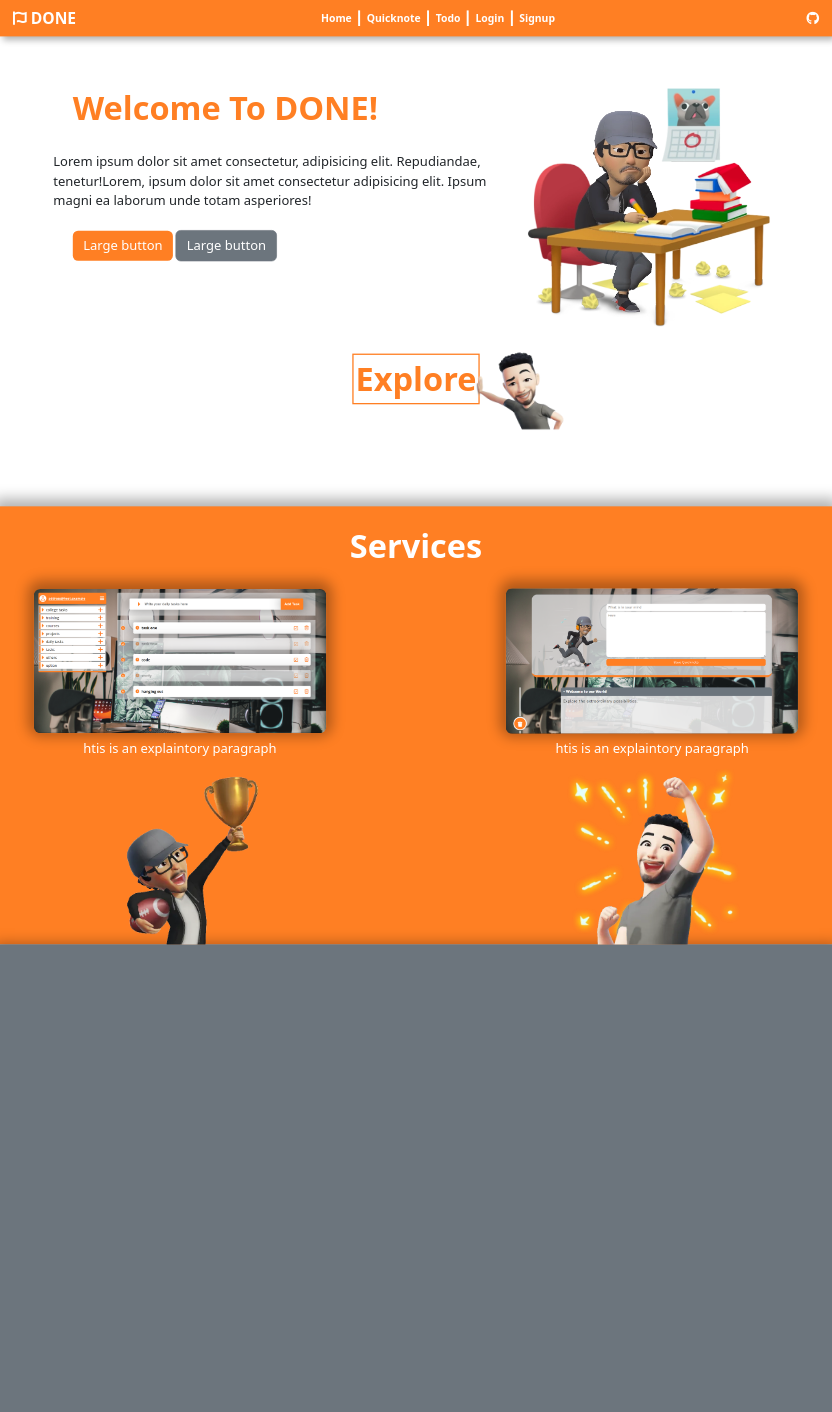
Repository: OmarEssameldinMousa/DONE
Page: index.html
An editor plug-in stored every save of this project. The page is shown before and after the next save, followed by the edit.
The browser window is 1280 px wide. The pictures show the whole page, at 65% of full size.
Some web fonts or font styles are not loaded; a fallback is used.

Above is the page before, as saved 2023-12-18 04:37:33.

### index.html
<!DOCTYPE html>
<html lang="en">

<head>
    <meta charset="UTF-8">
    <meta name="viewport" content="width=device-width, initial-scale=1.0">
    <title>Home</title>
    <!-- Main Template CSS File -->
    <link rel="stylesheet" href="CSS/styles.css">
    <!-- Render and Normalize the ELements -->
    <link rel="stylesheet" href="CSS/normalize.css">
    <!-- Font Awsome Library -->
    <link rel="stylesheet" href="CSS/all.min.css">
    <!-- google fonts -->
    <link rel="preconnect" href="https://fonts.googleapis.com">
    <link rel="preconnect" href="https://fonts.gstatic.com" crossorigin>
    <link
        href="https://fonts.googleapis.com/css2?family=Kablammo&family=Work+Sans:wght@200;300;400;500;600;800&display=swap"
        rel="stylesheet">
    <!-- including bootstrap library -->
    <link href="https://cdn.jsdelivr.net/npm/bootstrap@5.3.2/dist/css/bootstrap.min.css" rel="stylesheet"
        integrity="sha384-T3c6CoIi6uLrA9TneNEoa7RxnatzjcDSCmG1MXxSR1GAsXEV/Dwwykc2MPK8M2HN" crossorigin="anonymous">

</head>

<body>
    <header>
        <nav>
            <!-- Logo with Font Awesome Icon -->
            <div class="logo">
                <i class="fab fa-font-awesome-flag"></i> DONE
            </div>

            <!-- Left-side Navigation Links -->
            <ul class="navlist">
                <li><a href="index.html">Home</a></li>
                <li><a href="quicknote.html">Quicknote</a></li>
                <li><a href="mytasks.html">Todo</a></li>
                <li><a href="#">Login</a></li>
                <li><a href="#">Signup</a></li>
            </ul>

            <!-- Right-side GitHub Icon -->
            <div class="github-icon">
                <a rel="" href="https://github.com/yourusername" target="_blank">
                    <i class="fab fa-github" style="color: white;"></i>
                </a>
            </div>
        </nav>

        <div class="container heading">
            <div class="landing">

                <div class="landingtext">
                    <h1>Welcome To DONE!</h1>
                    <p>Lorem ipsum dolor sit amet consectetur, adipisicing elit. Repudiandae, tenetur!Lorem, ipsum dolor
                        sit amet consectetur adipisicing elit. Ipsum magni ea laborum unde
                        totam
                        asperiores!</p>
                    <div class="buttons">
                        <button type="button" class="btn btn-primary btn-lg"
                            style="background-color: #ff7f23;border: none;">Large
                            button</button>
                        <button type="button" class="btn btn-secondary btn-lg">Large button</button>
                    </div>
                </div>

                <div class="logoimage">
                    <img src="images/omar.png" alt="">
                </div>
            </div>
        </div>
    </header>
    <div class="explore">
        <a href="#tododemo1">Explore</a>
        <div class="exploreimg"><img src="images/kemo1.jpg" alt=""></div>
    </div>

    <div class="tododemo" id="tododemo1">
        <h1>Services</h1>
        <div class="container2">
            <div class="omar">
                <div class="demoimage1">
                    <img src="images/tododemo.png" alt="">
                </div>
                <p>htis is an explaintory paragraph</p>
                <img src="images/omarholdscub.jpg" alt="">
            </div>
            <div class="kemo">
                <div class="demoimage1">
                    <img src="images/quicknot.png" alt="">
                </div>
                <p>htis is an explaintory paragraph</p>
                <img src="images/kemochilling.jpg" alt="">
            </div>
        </div>
    </div>


    <div class="snippests" id="tododemo1">

    </div>
    <footer>

    </footer>


    <script src="https://cdn.jsdelivr.net/npm/bootstrap@5.3.2/dist/js/bootstrap.bundle.min.js"
        integrity="sha384-C6RzsynM9kWDrMNeT87bh95OGNyZPhcTNXj1NW7RuBCsyN/o0jlpcV8Qyq46cDfL"
        crossorigin="anonymous"></script>
</body>

</html>

### CSS/styles.css
/* Start Variables */
:root{
    --main-color: rgba(235, 235, 235, 0.6);
    --secondery-color: #ff7f23;
    --third-color:#333;
    --fourth-color: #6c757d;
}
/* End Variables */
/* Special Heading */
.special-heading{
    color: #ebeced;
    font-size: 100px;
    text-align: center;
    font-weight: 800;
    letter-spacing: -3px;
    margin: 0;

}
.special-heading + p{
    margin-top: -30px;
    text-align: center;
    font-size: 20px;
    color: #797979;
}
/* End Special Heading */
/* Start Global Rules */
*{
    -webkit-box-sizing: border-box;
    -moz-box-sizing: border-box;
    box-sizing: border-box;
}

body{

    font-family: 'Kablammo', cursive;
    font-family: 'Work Sans', sans-serif;
    background-color: #797979;

}

.container{
    padding-left: 15px;
    padding-right: 15px;
    margin-left: auto;
    margin-right: auto;
    background-color: #fff;
    margin: auto;
    width: 600px;
}

/*very small screens*/
@media (max-width: 767px){
    .container{
        .special-heading{
            font-size: 60px;
        }
        .special-heading + p{
            margin-top: -20px;
        }

        .landing{
            flex-direction: column;
            text-align: center;
        }
    }
    .navlist{
        display: none;
    }


}
/*small screens*/
@media (min-width: 768px){
    .container{
        width: 750px;
    }
}
/*Medium screens*/
@media (min-width: 992px){
    .container{
        width: 970px;
    }
}
/*Large screens*/
@media (min-width: 1200px){
    .container{
        width: 1170px;
    }
}
/* End Global Rules */


html{
    scroll-behavior: smooth;
}
/* navigation bar */

nav {
    background-color:  var(--secondery-color);
    color: white;
    display: flex;
    align-items: center;
    justify-content: space-between;
    padding: 10px 20px;
    box-shadow: 5px 5px 10px rgba(0, 0, 0, 0.3);
}
nav ul {
    list-style: none;
    margin: 0;
    padding: 0;
    display: flex;
}
nav ul li {
    margin-right: 10px;
    font-weight: bold;

}
nav ul li:not(:last-child) {
    border-right: solid 3px white;
    padding-right: 10px;
}
nav ul li a {
    text-decoration: none;
    color: white;
    transition: 0.3s;
}
nav ul li a:hover {
    color: var(--main-color); /* Change color on hover */
}
.logo {
    font-size: 24px;
    font-weight: bold;
}
.github-icon {
    font-size: 20px;
    color: white;
}

.heading{
    display: flex;
    align-items: center;
    justify-content: center;
    margin-top: 50px;
    height: auto;
}

.landing{
    width: 100%;

    background-color: none;
    display: flex;
    flex-direction: row;

}

.landing h1{
    color: var(--secondery-color);
    font-size: 50px;
    font-weight: 900;
    padding: 30px;
}
.landing p{
    font-size: 20px;
}
.landing .logoimage img{
    width: 400px;
    position: relative;
    animation: topdown 2s ease-in-out infinite;
}

.landing .landingtext .buttons{
    margin: 30px;
    top: 150px;
}
@keyframes topdown {
    0%, 100% {
        top: 0; /* Starting and ending position (top) */
    }
    50% {
        top: 5px; /* Middle position (top) */
    }
}


.explore{
    height: auto;
    text-align: center;
    display: block;
    padding: 10px;
    transition: 0.3s;
    width: min-content;
    margin: 30px auto ;
    overflow: visible;
}
.explore a{
    color: var(--secondery-color);
    font-weight: 900;
    font-size: 50px;
    transform: 0.3s;
    text-decoration: none;
    transition: 0.3s;
    border: #ff7f23 solid 2px;
    padding: 3px;
}
.exploreimg{
    float: right;
}
.explore img{
    position: relative;
    width: 158px;
    right: -145px;
    bottom: 117px;

}
.landing .logoimage{
    position: relative;
}

.explore a:hover {
    background-color: var(--secondery-color);
    border-radius: 20px;
    color: #ebeced;
    cursor: pointer;
}



/* to do demo */
.tododemo{
    height: auto;
    background-color: var(--secondery-color);
    box-shadow: rgba(0, 0, 0, 0.3) 0px -4px 20px 9px;
    display: flex;
    flex-direction: column;
    width: 100%;
    justify-content: center;
    align-items: center;
}

.snippests{
    height: 100vh;
    background-color: var(--fourth-color);
    box-shadow: rgba(0, 0, 0, 0.3) 0px 7px 20px 9px
}

/* Services */

/* Styles for the container2 */
.container2 {
    display: flex;
    justify-content: space-between;
    width: 80%; /* Adjust the width as needed */
    margin-top: 20px; /* Add margin or adjust as required */
    flex: 1;
    flex-flow: wrap;
    margin:20 auto 0;
}

.tododemo h1{
    color: white;
    font-size: 50px;
    font-weight: 900;
    padding: 30px;
}
.tododemo p{
    font-size: 20px;
    color: white;
}

/* Styles for .omar and .kemo */
.omar,
.kemo {
    display: flex;
    flex-direction: column;
    align-items: center;
    /* Add any other styles you require */
}


.demoimage1 {
    display: flex;
    justify-content: center;
    align-items: center;
    width: 150px;
    height: 150px;
    margin-bottom: 10px;
    width: 200px;
    height: 200px;
    background-color: var(--fourth-color);
    /* transform: rotate(90deg); */
    border-radius: 40%;
}


/* Styles for images within .omar and .kemo */
.omar > img,
.kemo > img {
    width: 270px;
    height: auto;
}

.demoimage1 img {
    max-width: 450px;
    max-height: 450px;
    margin-bottom: 20px;
    border-radius: 10px;
    box-shadow: rgba(0, 0, 0, 0.3) 0px -4px 20px 9px;
    /* Add any other styles you require */
}

Loaded but not shown: CSS/normalize.css (library); CSS/all.min.css (library)

After the next save:
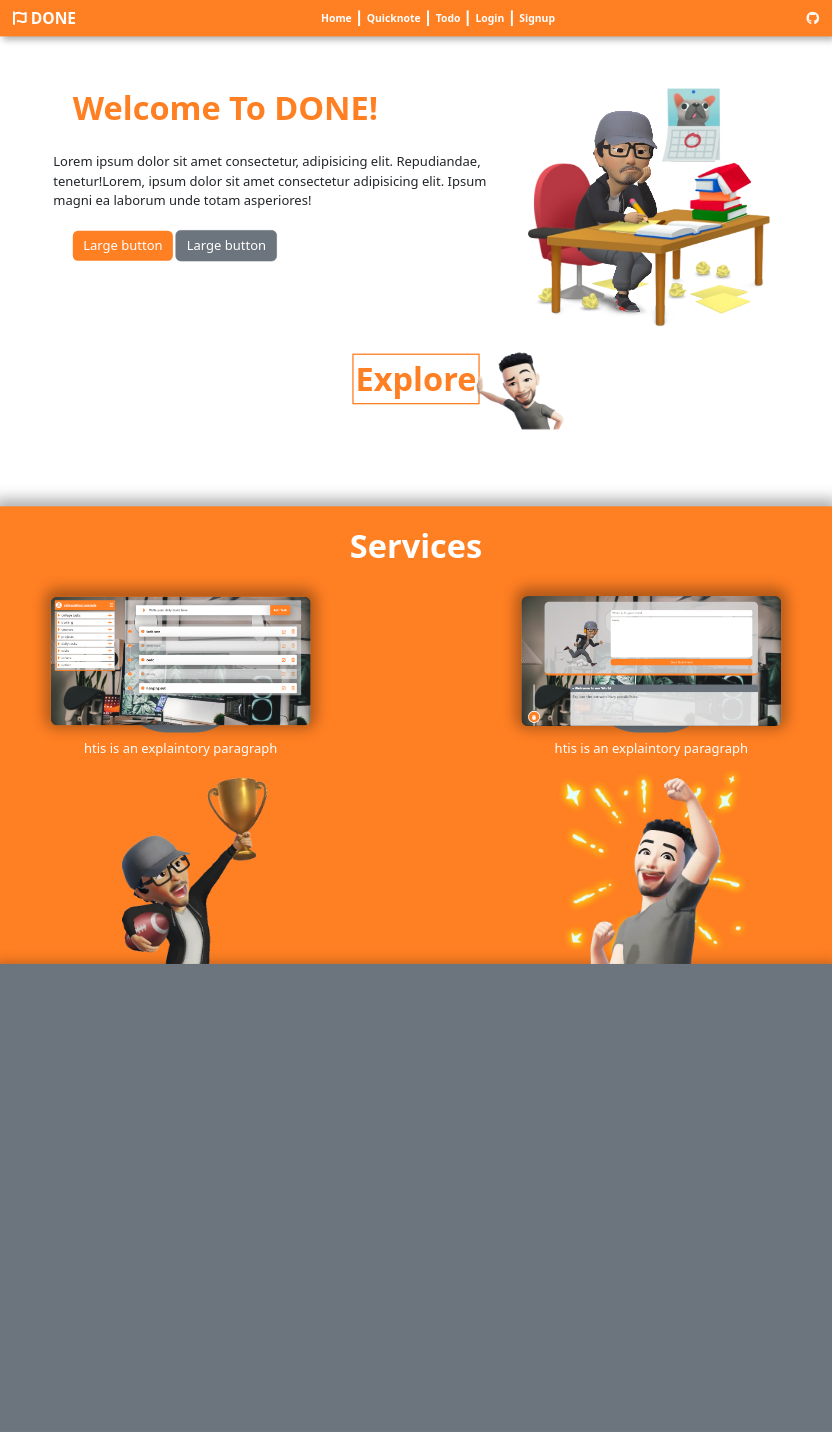
Saved 110 s later.
--- a/CSS/styles.css
+++ b/CSS/styles.css
@@ -295,15 +295,19 @@ nav ul li a:hover {
 /* Styles for images within .omar and .kemo */
 .omar > img,
 .kemo > img {
-    width: 270px;
+    width: 300px;
     height: auto;
 }
 
 .demoimage1 img {
-    max-width: 450px;
-    max-height: 450px;
+    max-width: 400px;
+    max-height: 400px;
     margin-bottom: 20px;
     border-radius: 10px;
     box-shadow: rgba(0, 0, 0, 0.3) 0px -4px 20px 9px;
     /* Add any other styles you require */
 }
+
+.demoimage1 img:hover{
+
+}
